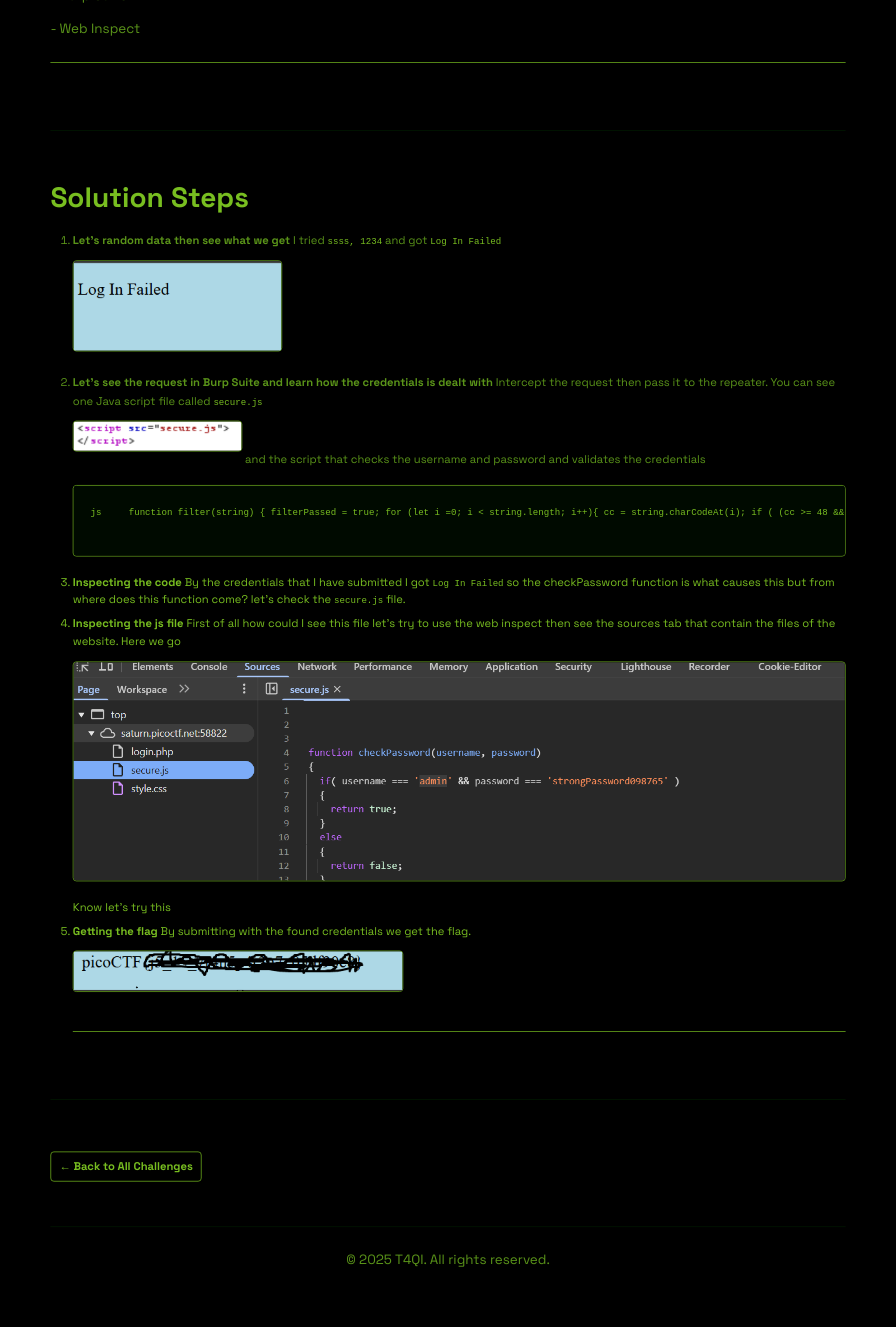
Repository: mohamedsoliman-tq/Website
Page: blogs/picoCTF/localauth.html
These files come from the project's save history. The page is drawn as it stood at one moment and after a run of saves; the edit follows.
The browser window is 1280 px wide. The pictures show the part of the page from y = 1320 to 3240 px (the page is 3215 px tall before and 3240 px after), at 70% of full size.

Above is the page before, as saved 2025-03-13 01:54:02.

After the next 3 saves:
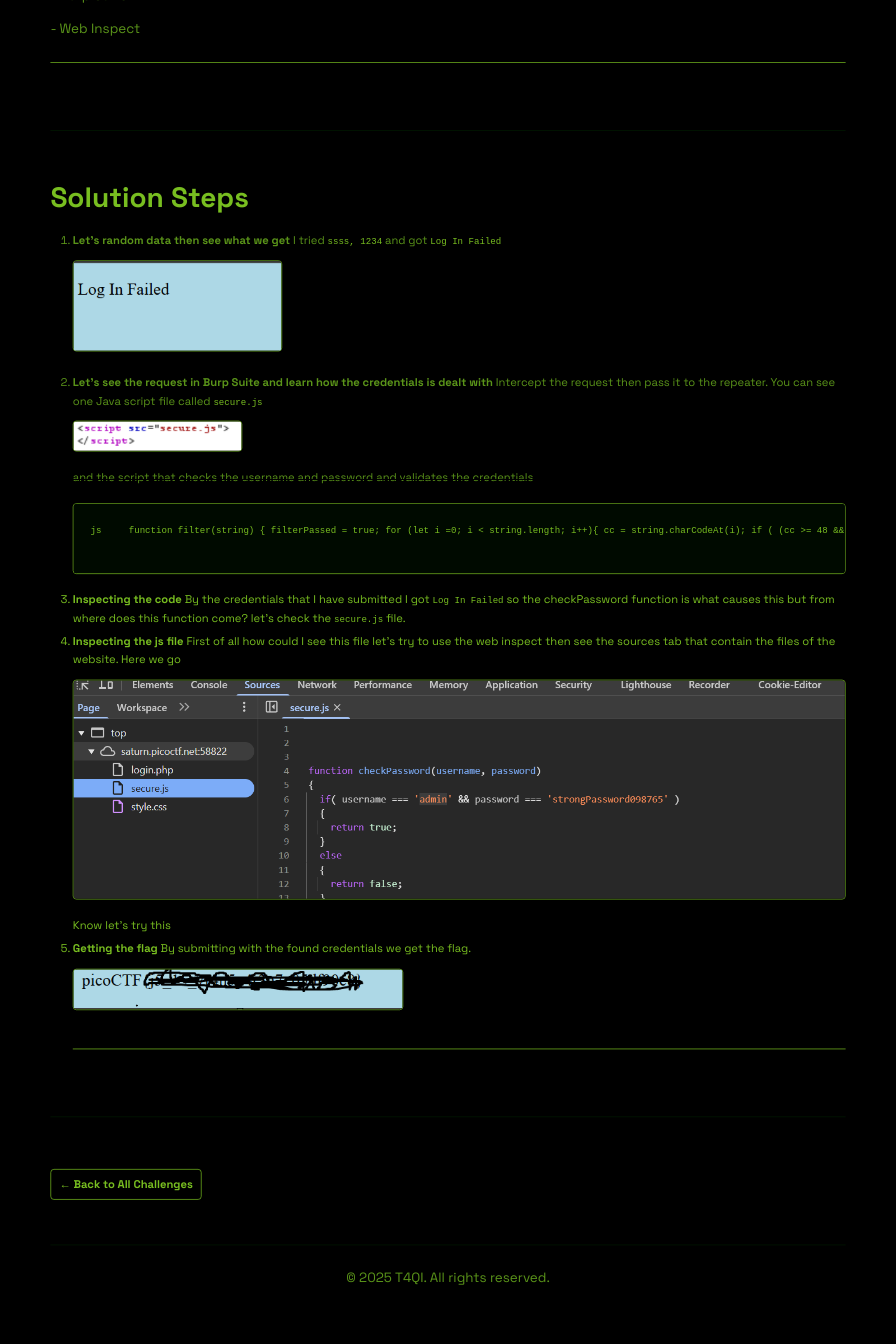
The 3 saves are shown as one change because they came seconds apart.
The last was saved 6 s later.
--- a/blogs/picoCTF/localauth.html
+++ b/blogs/picoCTF/localauth.html
@@ -61,7 +61,7 @@
                 </li>
                 <li><strong>Let's see the request in Burp Suite and learn how the credentials is dealt with</strong>
                     Intercept the request then pass it to the repeater. You can see one Java script file called
-                    <code>secure.js</code><br> <img src="pics/la2.png" alt="la2.png"> and the script that checks the
+                    <code>secure.js</code><br> <img src="pics/la2.png" alt="la2.png"> <br>and the script that checks the
                     username and password and validates the credentials
                     <pre><code>js     function filter(string) { filterPassed = true; for (let i =0; i < string.length; i++){ cc = string.charCodeAt(i); if ( (cc >= 48 && cc <= 57) || (cc >= 65 && cc <= 90) || (cc >= 97 && cc <= 122) ) { filterPassed = true;      } else { return false; } } return true; } window.username = "ssss"; window.password = "1234"; usernameFilterPassed = filter(window.username); passwordFilterPassed = filter(window.password); if ( usernameFilterPassed && passwordFilterPassed ) { loggedIn = checkPassword(window.username, window.password); if(loggedIn) { document.getElementById('msg').innerHTML = "Log In Successful"; document.getElementById('adminFormHash').value = "2196812e91c29df34f5e217cfd639881"; document.getElementById('hiddenAdminForm').submit(); } else { document.getElementById('msg').innerHTML = "Log In Failed"; } } else { document.getElementById('msg').innerHTML = "Illegal character in username or password." }
                 </li>
